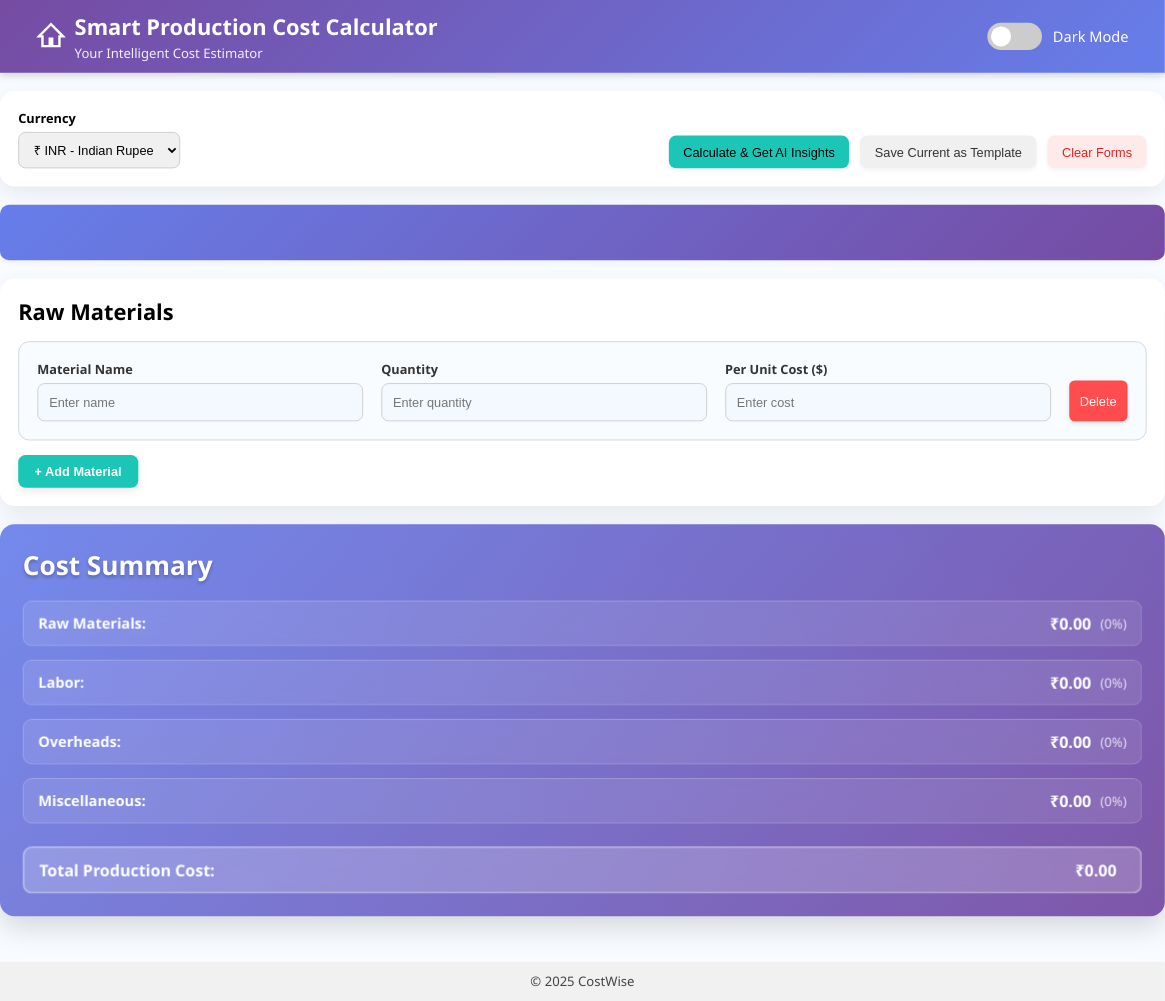
Repository: syntaxion25/COSTWISE
Page: index.html
These files come from the project's save history. The page is drawn as it stood at one moment and after the next save; the edit follows.
The browser window is 1280 px wide. The pictures show the whole page, at 91% of full size.

Above is the page before, as saved 2025-06-13 19:34:21.
Console error: ReferenceError: savedTemplates is not defined

After the next save:
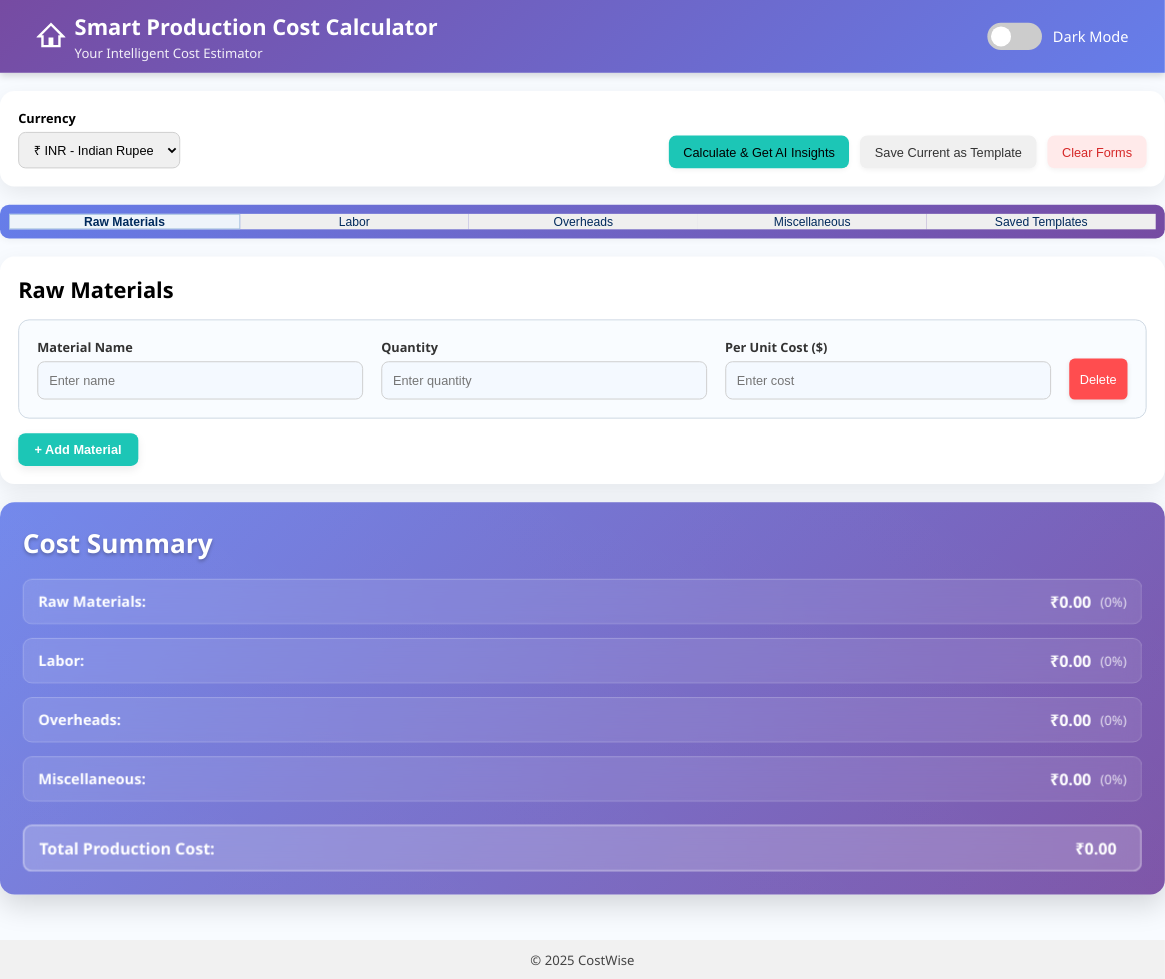
Saved 18 s later.
--- a/style.css
+++ b/style.css
@@ -266,7 +266,7 @@ svg {
 
 .tab {
   flex: 1;
-  background: linear-gradient(135deg, #667eea 0%, #764ba2 100%);
+  background:  #764ba2
   padding: 12px 16px;
   text-align: center;
   color: #002a5c;
@@ -275,7 +275,6 @@ svg {
   transition: background-color 0.3s, font-weight 0.3s;
   white-space: nowrap;
   border : none;
-  opacity: 0%;
 }
 
 .tab:hover {
